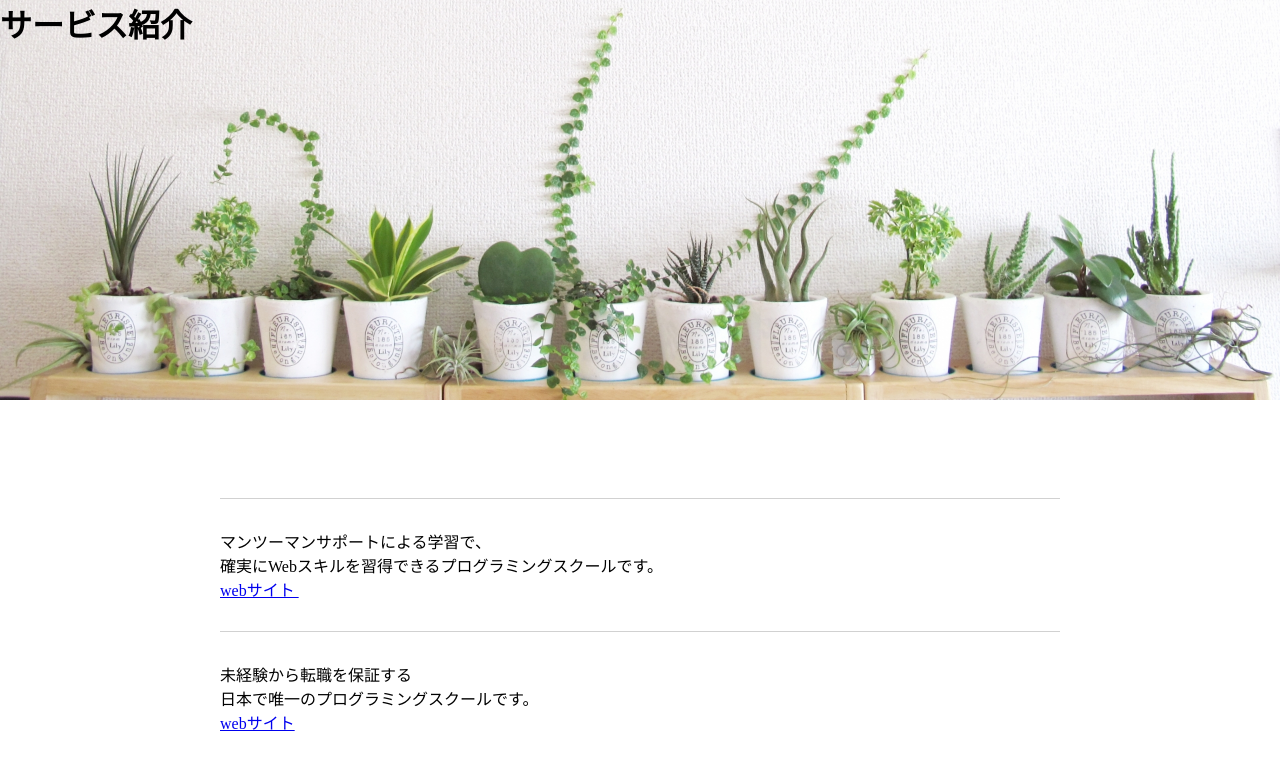
Repository: yesohnuki/shinya-ohnuki
Page: caravan/7.html
The author's editor kept a record of every edit. The page is drawn from the files as they stood at one moment, then again after the next edit.
The browser window is 1280 px wide. The pictures show the whole page.

Above is the page before.

After the next edit:
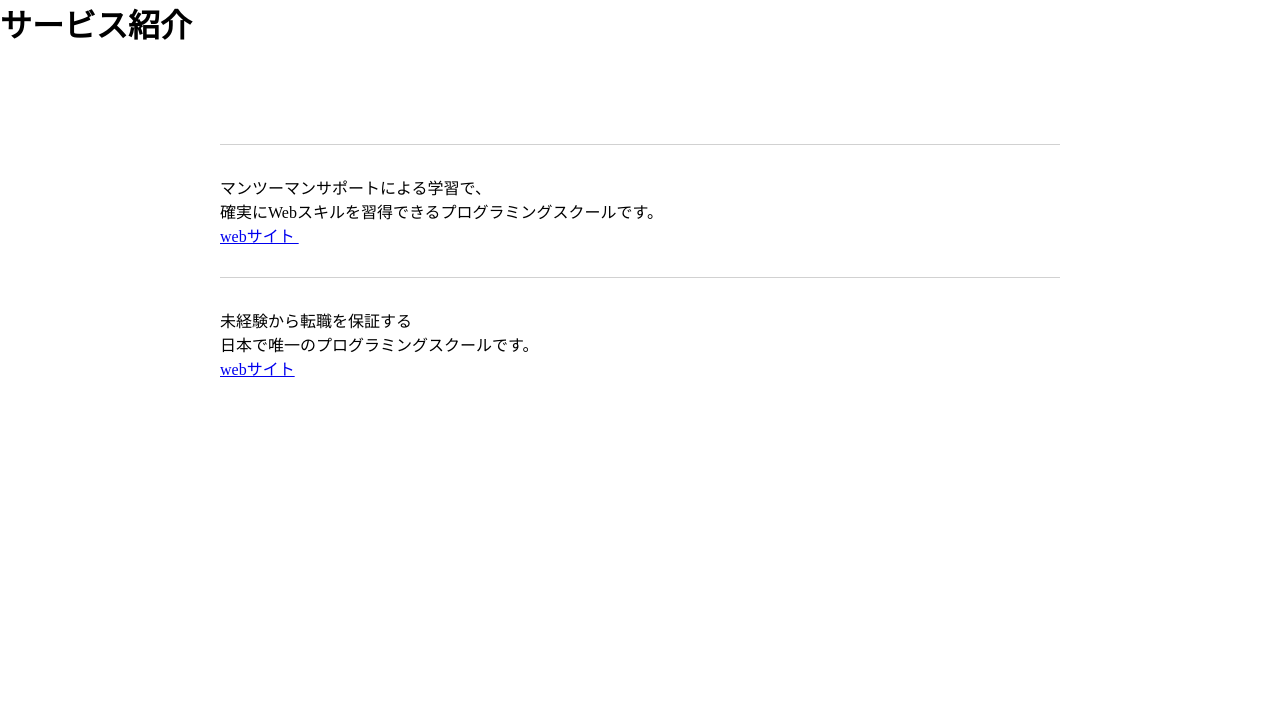
The edit:
--- a/caravan/7.html
+++ b/caravan/7.html
@@ -7,8 +7,8 @@
   </head>
 
   <body>
-    <headline>
-      <h1 class="main-visual">
+    <main-visual>
+      <h1 class="">
         サービス紹介
       </h1>
     </headline>
